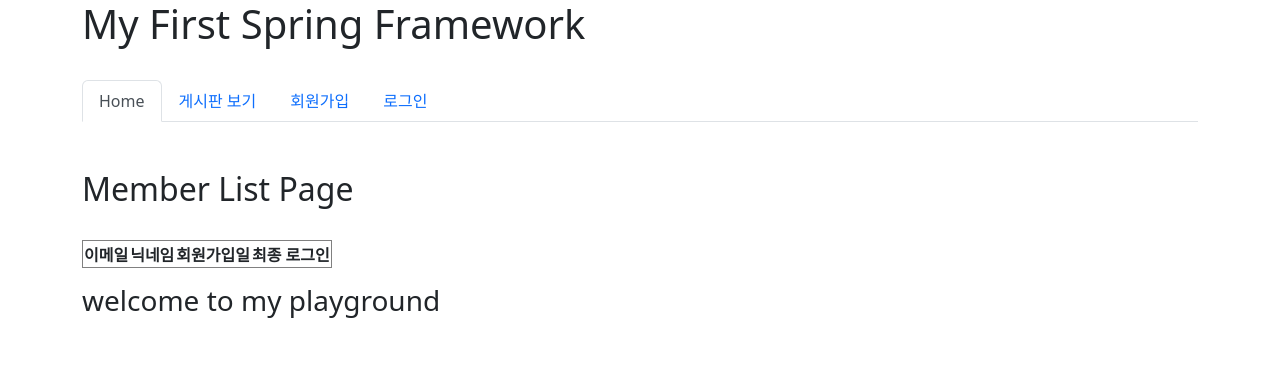
Repository: saeeeem2/2024SPRING
Page: http://localhost/spring_test2/WEB-INF/views/member/list.jsp
An editor plug-in stored every save of this project. The page is shown before and after the next save, followed by the edit.
The browser window is 1280 px wide. The pictures show the whole page.
The page is served by Tomcat 9. Nobody is signed in. Other server files are loaded and not shown. The template is opened directly, without the code that normally fills it, so the values that code supplies are empty.

Above is the page before, as saved 2024-01-16 02:42:46.
Console error: TypeError: Cannot read properties of null (reading 'addEventListener')

### spring_test2/src/main/webapp/WEB-INF/views/member/list.jsp
<%@ page language="java" contentType="text/html; charset=UTF-8"
    pageEncoding="UTF-8"%>
<%@taglib uri="http://java.sun.com/jsp/jstl/core" prefix="c"%>
<%@taglib uri="http://www.springframework.org/security/tags" prefix="sec"%>


<div class="container-md">
<jsp:include page="../layout/header.jsp"></jsp:include> <br>
<jsp:include page="../layout/nav.jsp"></jsp:include> <br><br>

<h2>Member List Page</h2><br>
	<form action="/member/list" method="post" enctype="multipart/form-data">
		<table border="1">
			<tr>
				<th>이메일</th>
				<th>닉네임</th>
				<th>회원가입일</th>
				<th>최종 로그인</th>
			</tr>
			<c:forEach items="${mvo }" var="mvo">
			<tr>
				<td>${mvo.email }</td>
				<td>${mvo.nickName }</td>
				<td><c:forEach items="${mvo.authList }" var="authList">${authList.auth }</c:forEach></td>
				<td>${mvo.regAt }</td>
				<td>${mvo.lastLogin }</td>
				<td><a href="/member/modify?email=${mvo.email }"><button type=button class="btn btn-dark">modify</button></a></td>
			</tr>
			</c:forEach>

		</table>
	</form>
<jsp:include page="../layout/footer.jsp"></jsp:include>
</div>

### spring_test2/src/main/webapp/WEB-INF/views/layout/header.jsp
<%@ page language="java" contentType="text/html; charset=UTF-8"
    pageEncoding="UTF-8"%>
<!DOCTYPE html>
<html>
<head>
<meta charset="UTF-8">
<title>Insert title here</title>
</head>
<body>

<h1> My First Spring Framework</h1>

### spring_test2/src/main/webapp/WEB-INF/views/layout/nav.jsp
<%@ page language="java" contentType="text/html; charset=UTF-8"
    pageEncoding="UTF-8"%>
<%@taglib uri="http://java.sun.com/jsp/jstl/core" prefix="c"%>
<%@taglib uri="http://www.springframework.org/security/tags" prefix="sec"%>


<link href="https://cdn.jsdelivr.net/npm/bootstrap@5.2.3/dist/css/bootstrap.min.css" rel="stylesheet" integrity="sha384-rbsA2VBKQhggwzxH7pPCaAqO46MgnOM80zW1RWuH61DGLwZJEdK2Kadq2F9CUG65" crossorigin="anonymous">
<script src="https://cdn.jsdelivr.net/npm/bootstrap@5.2.3/dist/js/bootstrap.bundle.min.js" integrity="sha384-kenU1KFdBIe4zVF0s0G1M5b4hcpxyD9F7jL+jjXkk+Q2h455rYXK/7HAuoJl+0I4" crossorigin="anonymous"></script>

<ul class="nav nav-tabs">
  <li class="nav-item">
    <a class="nav-link active" aria-current="page" href="/">Home</a>
  </li>
  <li class="nav-item">
    <a class="nav-link" href="/board/list">게시판 보기</a>
  </li>

  <!-- 현재 인증한 사용자의 정보를 가져와서 해당 권한이 있는지 확인 -->
  <!-- 현재 사용자의 정보는 principal -->
  <!-- anyMach() : stream 매칭 메서드(최소한 1개의 요소가 주어진 조건에 맞는지 조사 -->
  <sec:authorize access="isAuthenticated()">
  <sec:authentication property="principal.mvo.email" var="authEmail"/>
  <sec:authentication property="principal.mvo.nickName" var="authNick"/>
  <sec:authentication property="principal.mvo.authList" var="auths"/>

  <c:choose>
  	<c:when test="${auths.stream().anyMatch(authVO -> authVO.auth.equals('ROLE_ADMIN')).get() }">
	  	<li class="nav-item">
	    	<a class="nav-link" href="/member/list">MemberList ${authNick }(${authEmail }/ADMIN)</a>
  		</li>
  		<li class="nav-item">
			<a class="nav-link" href="/member/modify">회원정보 수정 ${authNick }(${authEmail })</a>
	    </li>
  	</c:when>
  	<c:otherwise>
 	<li class="nav-item">
		<a class="nav-link" href="/member/modify">회원정보 수정 ${authNick }(${authEmail })</a>
    </li>
  	</c:otherwise>
  </c:choose>

  <li class="nav-item">
    <a class="nav-link" href="/board/register">게시판 글쓰기</a>
  </li>
  <li class="nav-item">
    <a class="nav-link" href="#" id="logoutLink">로그아웃</a>
  </li>
  <form action="/member/logout" method="post" id="logoutForm">
  <!-- 인증된(로그인한 계정의) 이메일 -->
  	<input type="hidden" name="email" value="${authEmail }">
  </form>
  </sec:authorize>

  <sec:authorize access="isAnonymous()">
  <li class="nav-item">
    <a class="nav-link" href="/member/register">회원가입</a>
  </li>
  <li class="nav-item">
    <a class="nav-link" href="/member/login">로그인</a>
  </li>
  </sec:authorize>
</ul>

<script type="text/javascript">
	document.getElementById('logoutLink').addEventListener('click',(e)=>{
	    e.preventDefault();
	    document.getElementById('logoutForm').submit();
	});
</script>

### spring_test2/src/main/webapp/WEB-INF/views/layout/footer.jsp
<%@ page language="java" contentType="text/html; charset=UTF-8"
    pageEncoding="UTF-8"%>


<h3>welcome to my playground</h3>

</body>
</html>

After the next save:
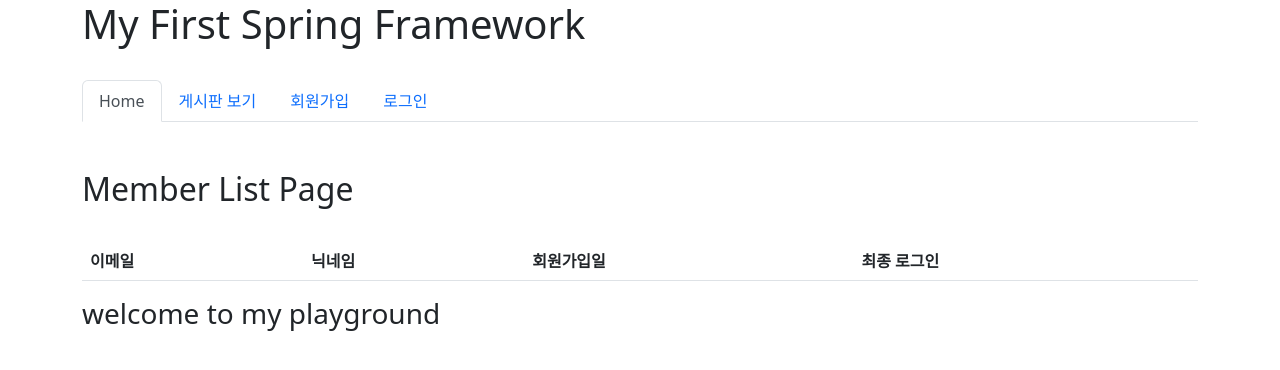
Saved 33 min 25 s later.
--- a/spring_test2/src/main/webapp/WEB-INF/views/member/list.jsp
+++ b/spring_test2/src/main/webapp/WEB-INF/views/member/list.jsp
@@ -10,7 +10,7 @@
 
 <h2>Member List Page</h2><br>
 	<form action="/member/list" method="post" enctype="multipart/form-data">
-		<table border="1">
+		<table class="table">
 			<tr>
 				<th>이메일</th>
 				<th>닉네임</th>
